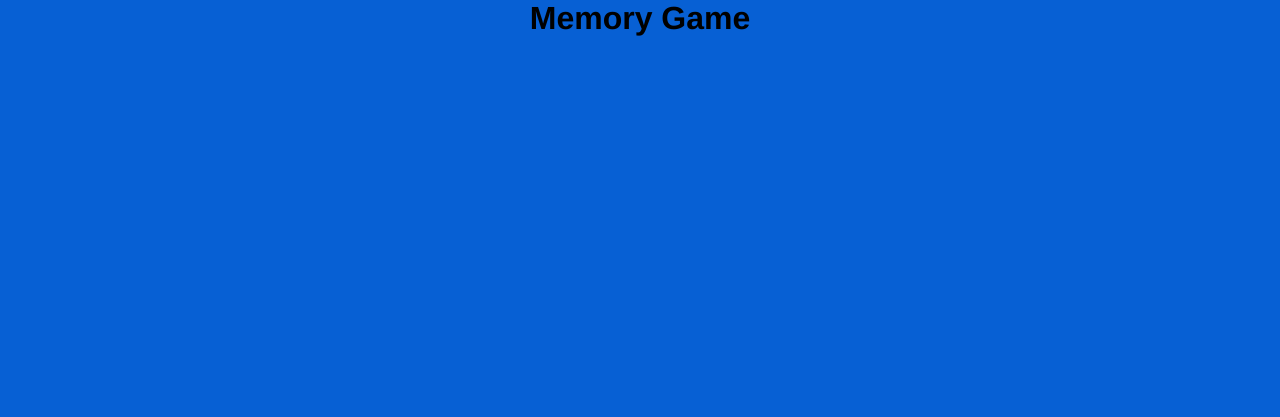
Repository: Ellisvelandia/memory-game
Page: /
An editor plug-in stored every save of this project. The page is shown before and after a run of saves, followed by the edit.
The browser window is 1280 px wide. The pictures show the whole page.
The project was rebuilt for these pictures with package versions that can differ from the ones it lists, and the page was loaded fresh each time.

Above is the page before, as saved 2022-09-03 21:06:37.

After the next 3 saves:
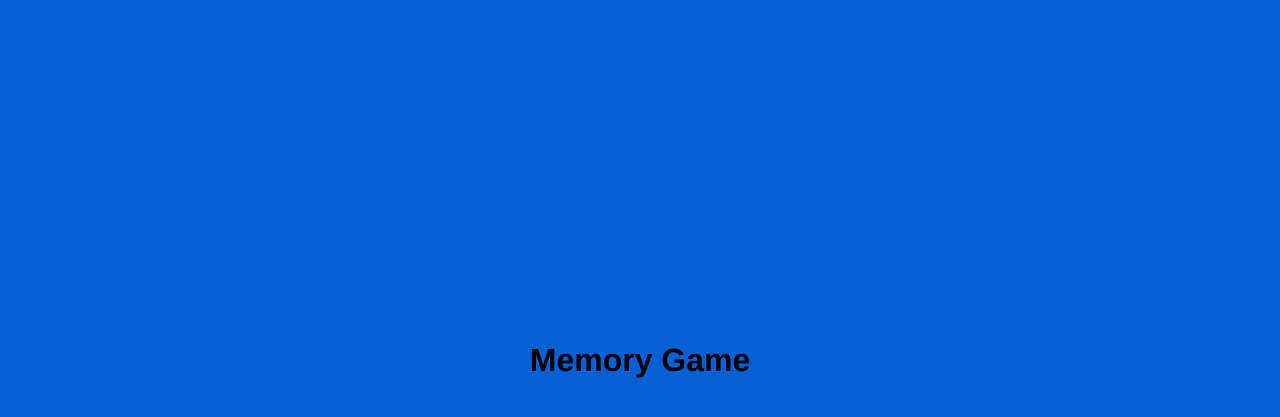
The 3 saves are shown as one change because they came seconds apart.
The last was saved 10 s later.
--- a/src/index.css
+++ b/src/index.css
@@ -3,14 +3,15 @@
   padding: 0;
 }
 
-html , body {
+html,
+body {
   height: 100%;
 }
 
 body {
-  font-family: 'Franklin Gothic Medium', 'Arial Narrow', Arial, sans-serif;
+  font-family: "Franklin Gothic Medium", "Arial Narrow", Arial, sans-serif;
   background-color: #0760d4;
   display: flex;
   justify-content: center;
-  alig
+  align-items: center;
 }
